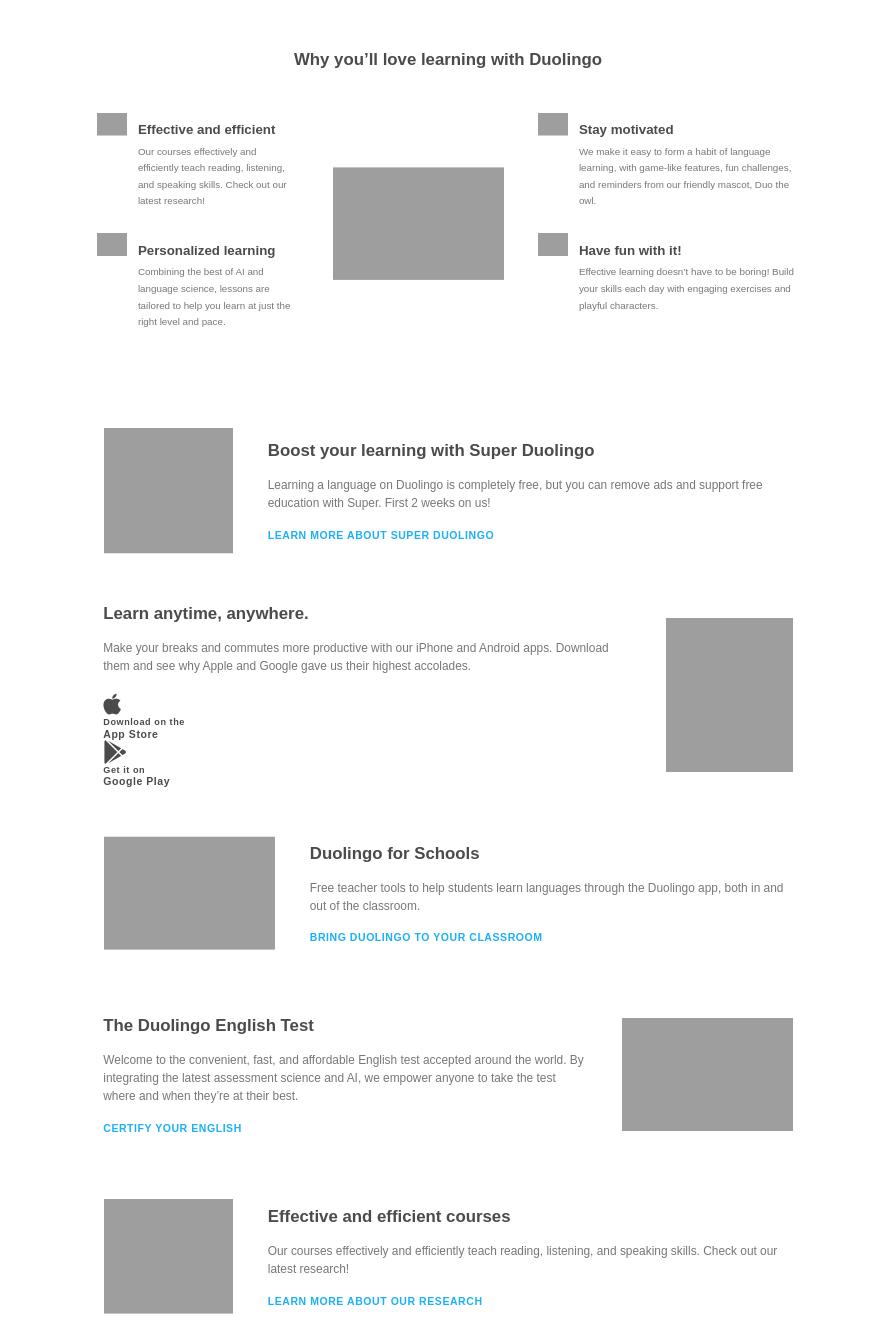
Repository: kauittt/duolingo-little
Page: login.html
These files come from the project's save history. The page is drawn as it stood at one moment and after the next save; the edit follows.
The browser window is 1280 px wide. The pictures show the part of the page from y = 937 to 2857 px (the page is 2857 px tall), at 70% of full size.
Pictures or frames that could not be fetched are drawn as grey boxes. A picture or video elsewhere on the page could not be fetched, so the positions and the page height are approximate. Some web libraries are served in a nearby version.

Above is the page before, as saved 2023-03-26 20:47:59.

After the next save:
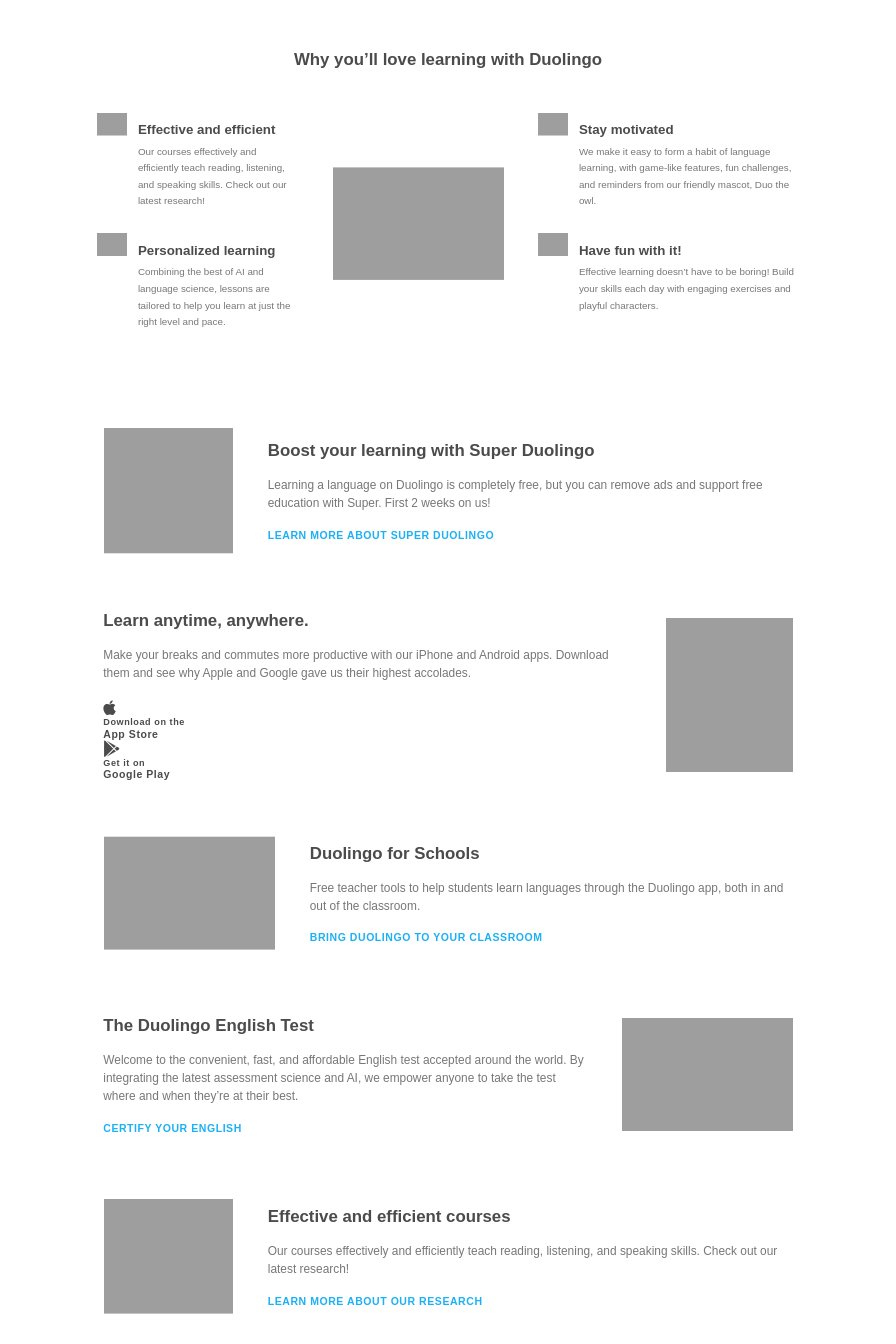
Saved 6 s later.
--- a/assets/css/stytes.css
+++ b/assets/css/stytes.css
@@ -220,7 +220,7 @@
 }
 
 .section-content__link-item > i {
-    font-size: 34px;
+    font-size: 24px;
 }
 
 .section-content__link-item-content {
